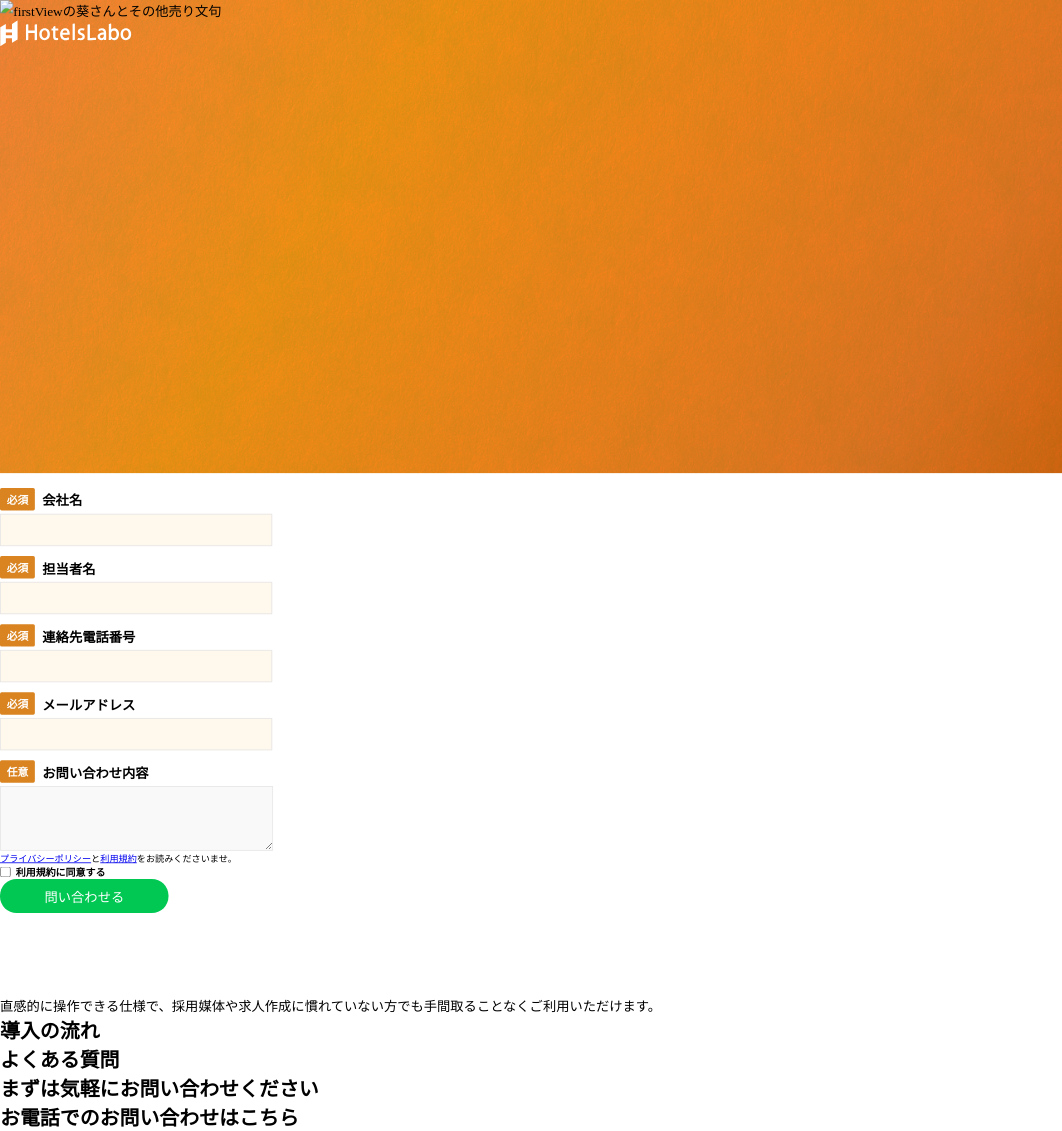
Repository: FujieRyou/to_b_lp
Page: index.html
The author's editor kept a copy of each file at every save. The page is drawn from the files as they stood at one save, then again after the next save.
The browser window is 1280 px wide. The pictures show the whole page, at 83% of full size.

Above is the page before, as saved 2024-02-25 01:48:37.
Not found: index.js

### index.html
<!DOCTYPE html>
<html lang="ja">
    <head>
        <meta charset="utf-8">
        <meta http-equiv="X-UA-Compatible" content="ie=edge">
        <meta name="viewport" content="width=device-width,initial-scale=1.0,minimum-scale=1.0">
        <meta name="format-detection" content="telephone=no">
        <meta name="keywords" content="">
        <meta name="description" content="ここに説明文を設定">
        <meta name="twitter:card" content="summary">
        <meta name="twitter:site" content="@twitteraccount">
        <meta property="og:site_name" content="サイト名">
        <meta property="og:title" content="サイトタイトル">
        <meta property="og:description" content="サイト説明文">
        <meta property="og:url" content="https://www.hogehoge.com">
        <meta property="og:image" content="https://www.hogehoge.com./hoge.jpg">
        <meta property="og:image:type" content="image/jpeg">
        <meta property="og:image:width" content="600">
        <meta property="og:image:height" content="400">
        <meta property="og:type" content="website">
        <title>ホテルズラボ｜ホテルの求人・旅館の転職情報</title>
        <link rel="stylesheet" href="ress.css">
        <link rel="stylesheet" href="style.css">
    </head>
    <body>
        <main>
            <section>
                <div class="firstViewWrap">
                    <div class="firstViewEffect">
                        <div class="contentWrap">
                            <div>
                                <img src="" alt="firstViewの葵さんとその他売り文句">
                                <header>
                                    <h1>
                                        <img src="img/ロゴ.svg" alt="ホテルズラボのロゴ" class="logo">
                                    </h1>
                                </header>
                            </div>
                        </div>
                    </div>
                </div>
            </section>
            <!-- 動く会社のロゴ -->
            <section>
                <div>
                    <ul>
                        <li></li>
                    </ul>
                </div>
            </section>
            <!-- form -->
            <section>
                <div>
                    <form action="" class="formWrap">
                        <div class="formDetail">
                            <div class="formFlexStyle">
                                <label for="companyName"><span>必須</span>会社名</label>
                                <input type="text">
                            </div>
                            <div class="formFlexStyle">
                                <label for="companyName"><span>必須</span>担当者名</label>
                                <input type="text">
                            </div>
                            <div class="formFlexStyle">
                                <label for="companyName"><span>必須</span>連絡先電話番号</label>
                                <input type="text">
                            </div>
                            <div class="formFlexStyle">
                                <label for="companyName"><span>必須</span>メールアドレス</label>
                                <input type="text">
                            </div>
                            <div class="formFlexStyle">
                                <label for="companyName"><span>任意</span>お問い合わせ内容</label>
                                <textarea name="" id="" cols="30" rows="10"></textarea>
                            </div>
                            <p><a href="#">プライバシーポリシー</a>と<a href="#">利用規約</a>をお読みくださいませ。</p>
                            <div class="consent">
                                <input type="checkbox">
                                <label for="">利用規約に同意する</label>
                            </div>
                            <button type="submit">問い合わせる</button>
                        </div>
                    </form>
                </div>
            </section>
            <section>
                <div>
                    <h2><img src="" alt=""></h2>
                    <div>
                        <div>
                            <img src="" alt="">
                            <img src="" alt="">
                            <img src="" alt="">
                        </div>
                    </div>
                </div>
            </section>
            <section>
                <div>
                    <p></p>
                    <h2><img src="" alt=""></h2>
                    <article></article>
                    <article></article>
                    <article></article>
                    <article></article>
                </div>
            </section>
            <section>
                <div>
                    <h2><img src="" alt=""></h2>
                    <p>直感的に操作できる仕様で、採用媒体や求人作成に慣れていない方でも手間取ることなくご利用いただけます。</p>
                </div>
            </section>
            <section>
                <div>
                    <h2>導入の流れ</h2>
                </div>
            </section>
            <section>
                <div>
                    <h2>よくある質問</h2>
                </div>
            </section>
            <section>
                <div>
                    <h2>まずは気軽にお問い合わせください</h2>
                </div>
            </section>
        </main>
        <footer>
            <h2>お電話でのお問い合わせはこちら</h2>
        </footer>
        <script src="index.js"></script>
    </body>
</html>

### ress.css
/*!
 * ress.css • v4.0.0
 * MIT License
 * github.com/filipelinhares/ress
 */

/* # =================================================================
   # Global selectors
   # ================================================================= */

   html {
    box-sizing: border-box;
    -webkit-text-size-adjust: 100%; /* Prevent adjustments of font size after orientation changes in iOS */
    word-break: normal;
    -moz-tab-size: 4;
    tab-size: 4;
  }

  *,
  ::before,
  ::after {
    background-repeat: no-repeat; /* Set `background-repeat: no-repeat` to all elements and pseudo elements */
    box-sizing: inherit;
  }

  ::before,
  ::after {
    text-decoration: inherit; /* Inherit text-decoration and vertical align to ::before and ::after pseudo elements */
    vertical-align: inherit;
  }

  * {
    padding: 0; /* Reset `padding` and `margin` of all elements */
    margin: 0;
  }

  /* # =================================================================
     # General elements
     # ================================================================= */

  hr {
    overflow: visible; /* Show the overflow in Edge and IE */
    height: 0; /* Add the correct box sizing in Firefox */
    color: inherit; /* Correct border color in Firefox. */
  }

  details,
  main {
    display: block; /* Render the `main` element consistently in IE. */
  }

  summary {
    display: list-item; /* Add the correct display in all browsers */
  }

  small {
    font-size: 80%; /* Set font-size to 80% in `small` elements */
  }

  [hidden] {
    display: none; /* Add the correct display in IE */
  }

  abbr[title] {
    border-bottom: none; /* Remove the bottom border in Chrome 57 */
    /* Add the correct text decoration in Chrome, Edge, IE, Opera, and Safari */
    text-decoration: underline;
    text-decoration: underline dotted;
  }

  a {
    background-color: transparent; /* Remove the gray background on active links in IE 10 */
  }

  a:active,
  a:hover {
    outline-width: 0; /* Remove the outline when hovering in all browsers */
  }

  code,
  kbd,
  pre,
  samp {
    font-family: monospace, monospace; /* Specify the font family of code elements */
  }

  pre {
    font-size: 1em; /* Correct the odd `em` font sizing in all browsers */
  }

  b,
  strong {
    font-weight: bolder; /* Add the correct font weight in Chrome, Edge, and Safari */
  }

  /* https://gist.github.com/unruthless/413930 */
  sub,
  sup {
    font-size: 75%;
    line-height: 0;
    position: relative;
    vertical-align: baseline;
  }

  sub {
    bottom: -0.25em;
  }

  sup {
    top: -0.5em;
  }

  table {
    border-color: inherit; /* Correct border color in all Chrome, Edge, and Safari. */
    text-indent: 0; /* Remove text indentation in Chrome, Edge, and Safari */
  }

  /* # =================================================================
     # Forms
     # ================================================================= */

  input {
    border-radius: 0;
  }

  /* Replace pointer cursor in disabled elements */
  [disabled] {
    cursor: default;
  }

  [type='number']::-webkit-inner-spin-button,
  [type='number']::-webkit-outer-spin-button {
    height: auto; /* Correct the cursor style of increment and decrement buttons in Chrome */
  }

  [type='search'] {
    -webkit-appearance: textfield; /* Correct the odd appearance in Chrome and Safari */
    outline-offset: -2px; /* Correct the outline style in Safari */
  }

  [type='search']::-webkit-search-decoration {
    -webkit-appearance: none; /* Remove the inner padding in Chrome and Safari on macOS */
  }

  textarea {
    overflow: auto; /* Internet Explorer 11+ */
    resize: vertical; /* Specify textarea resizability */
  }

  button,
  input,
  optgroup,
  select,
  textarea {
    font: inherit; /* Specify font inheritance of form elements */
  }

  optgroup {
    font-weight: bold; /* Restore the font weight unset by the previous rule */
  }

  button {
    overflow: visible; /* Address `overflow` set to `hidden` in IE 8/9/10/11 */
  }

  button,
  select {
    text-transform: none; /* Firefox 40+, Internet Explorer 11- */
  }

  /* Apply cursor pointer to button elements */
  button,
  [type='button'],
  [type='reset'],
  [type='submit'],
  [role='button'] {
    cursor: pointer;
    color: inherit;
  }

  /* Remove inner padding and border in Firefox 4+ */
  button::-moz-focus-inner,
  [type='button']::-moz-focus-inner,
  [type='reset']::-moz-focus-inner,
  [type='submit']::-moz-focus-inner {
    border-style: none;
    padding: 0;
  }

  /* Replace focus style removed in the border reset above */
  button:-moz-focusring,
  [type='button']::-moz-focus-inner,
  [type='reset']::-moz-focus-inner,
  [type='submit']::-moz-focus-inner {
    outline: 1px dotted ButtonText;
  }

  button,
  html [type='button'], /* Prevent a WebKit bug where (2) destroys native `audio` and `video`controls in Android 4 */
  [type='reset'],
  [type='submit'] {
    -webkit-appearance: button; /* Correct the inability to style clickable types in iOS */
  }

  /* Remove the default button styling in all browsers */
  button,
  input,
  select,
  textarea {
    background-color: transparent;
    border-style: none;
  }

  a:focus,
  button:focus,
  input:focus,
  select:focus,
  textarea:focus {
    outline-width: 0;
  }

  /* Style select like a standard input */
  select {
    -moz-appearance: none; /* Firefox 36+ */
    -webkit-appearance: none; /* Chrome 41+ */
  }

  select::-ms-expand {
    display: none; /* Internet Explorer 11+ */
  }

  select::-ms-value {
    color: currentColor; /* Internet Explorer 11+ */
  }

  legend {
    border: 0; /* Correct `color` not being inherited in IE 8/9/10/11 */
    color: inherit; /* Correct the color inheritance from `fieldset` elements in IE */
    display: table; /* Correct the text wrapping in Edge and IE */
    max-width: 100%; /* Correct the text wrapping in Edge and IE */
    white-space: normal; /* Correct the text wrapping in Edge and IE */
    max-width: 100%; /* Correct the text wrapping in Edge 18- and IE */
  }

  ::-webkit-file-upload-button {
    /* Correct the inability to style clickable types in iOS and Safari */
    -webkit-appearance: button;
    color: inherit;
    font: inherit; /* Change font properties to `inherit` in Chrome and Safari */
  }

  /* # =================================================================
     # Specify media element style
     # ================================================================= */

  img {
    border-style: none; /* Remove border when inside `a` element in IE 8/9/10 */
  }

  /* Add the correct vertical alignment in Chrome, Firefox, and Opera */
  progress {
    vertical-align: baseline;
  }

  /* # =================================================================
     # Accessibility
     # ================================================================= */

  /* Specify the progress cursor of updating elements */
  [aria-busy='true'] {
    cursor: progress;
  }

  /* Specify the pointer cursor of trigger elements */
  [aria-controls] {
    cursor: pointer;
  }

  /* Specify the unstyled cursor of disabled, not-editable, or otherwise inoperable elements */
  [aria-disabled='true'] {
    cursor: default;
  }

### style.css
.firstViewWrap{
    width: 100vw;
    height: 570px;
    background-image: url("./img/bgcMain.png");
}

.firstViewEffect{
    width: 100%;
    height: 100%;
    background-image: url("./img/bgcBler.png");
}








/* formstyle */

.formFlexStyle{
    display: flex;
    flex-direction: column;
    max-width: 360px;
}

.formDetail{
    margin: 0 auto;
}

.formFlexStyle > label{
    font-size: 16px;
    font-weight: bold;
    margin-bottom: 4px;
    display: flex;
    align-items: center;
}

.formFlexStyle > label > span{
    background-color: rgba(217, 132, 33, 1);
    color: #fff;
    font-size: 13px;
    border-radius: 2px;
    margin-right: 9px;
    padding: 4px 8px;
}

.formFlexStyle > input{
    width: 328px;
    height: 39px;
    border: solid 1.03px rgba(230, 230, 230, 1);
    background-color: rgba(255, 248, 237, 1);
    margin-bottom: 12px;
}

.formFlexStyle > textarea{
    width: 328.65px;
    height: 78.05px;
    border: solid 1.03px rgba(230, 230, 230, 1);
    background-color: rgba(249, 249, 249, 1);
}

.formDetail > p{
    font-size: 11px;
}

.consent{
    display: flex;
    align-items: center;
}

.consent > label{
    font-size: 12px;
    font-weight: bold;
    margin-left: 6px;
}

.formDetail > button{
    display: block;
    width: 203.35px;
    height: 41.08px;
    background-color: rgba(0, 200, 83, 1);
    color: #fff;
    border-radius: 20px;
}

After the next save:
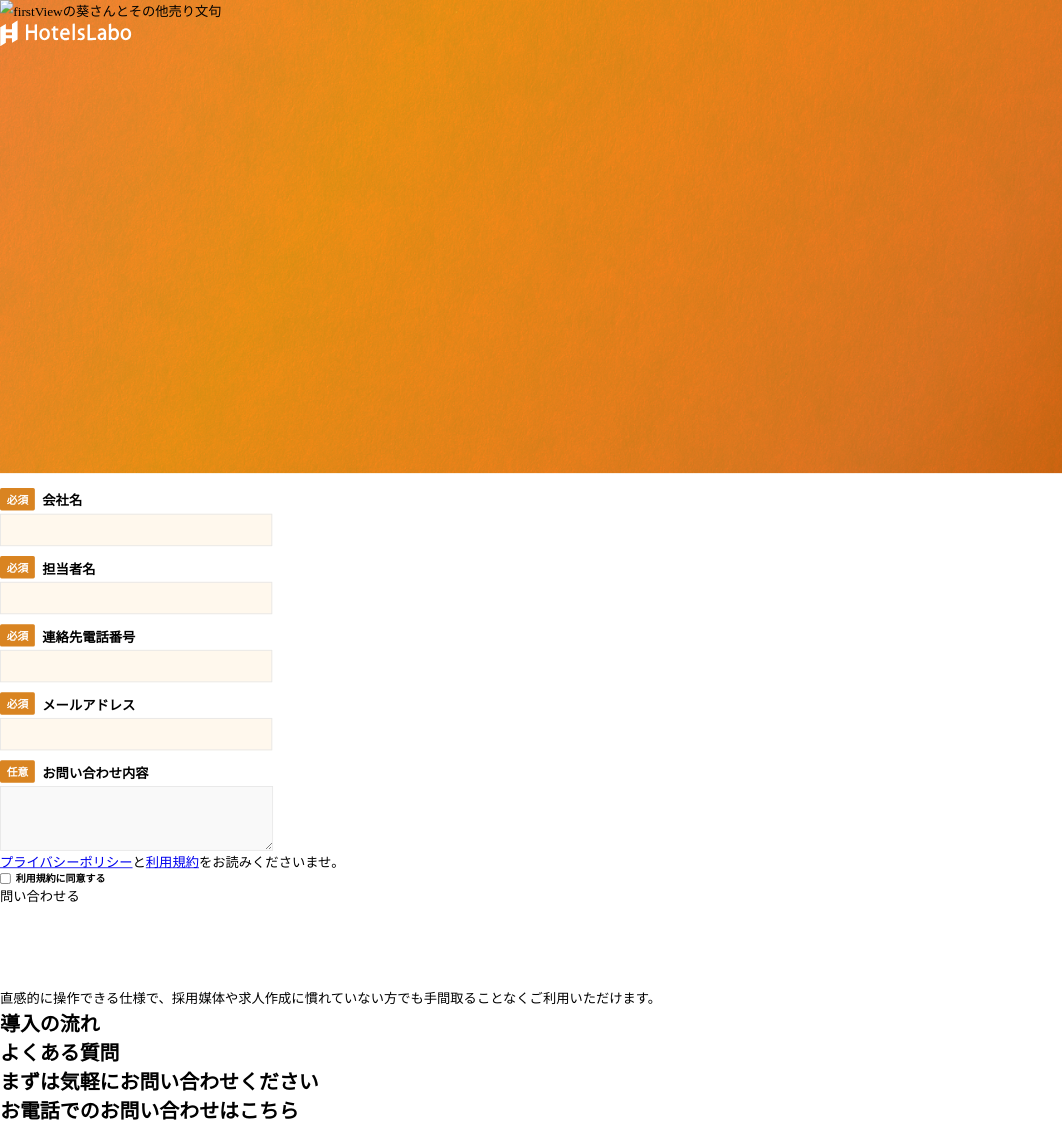
Saved 67 s later.
--- a/index.html
+++ b/index.html
@@ -52,34 +52,32 @@
             <section>
                 <div>
                     <form action="" class="formWrap">
-                        <div class="formDetail">
-                            <div class="formFlexStyle">
-                                <label for="companyName"><span>必須</span>会社名</label>
-                                <input type="text">
-                            </div>
-                            <div class="formFlexStyle">
-                                <label for="companyName"><span>必須</span>担当者名</label>
-                                <input type="text">
-                            </div>
-                            <div class="formFlexStyle">
-                                <label for="companyName"><span>必須</span>連絡先電話番号</label>
-                                <input type="text">
-                            </div>
-                            <div class="formFlexStyle">
-                                <label for="companyName"><span>必須</span>メールアドレス</label>
-                                <input type="text">
-                            </div>
-                            <div class="formFlexStyle">
-                                <label for="companyName"><span>任意</span>お問い合わせ内容</label>
-                                <textarea name="" id="" cols="30" rows="10"></textarea>
-                            </div>
-                            <p><a href="#">プライバシーポリシー</a>と<a href="#">利用規約</a>をお読みくださいませ。</p>
-                            <div class="consent">
-                                <input type="checkbox">
-                                <label for="">利用規約に同意する</label>
-                            </div>
-                            <button type="submit">問い合わせる</button>
+                        <div class="formFlexStyle">
+                            <label for="companyName"><span>必須</span>会社名</label>
+                            <input type="text">
                         </div>
+                        <div class="formFlexStyle">
+                            <label for="companyName"><span>必須</span>担当者名</label>
+                            <input type="text">
+                        </div>
+                        <div class="formFlexStyle">
+                            <label for="companyName"><span>必須</span>連絡先電話番号</label>
+                            <input type="text">
+                        </div>
+                        <div class="formFlexStyle">
+                            <label for="companyName"><span>必須</span>メールアドレス</label>
+                            <input type="text">
+                        </div>
+                        <div class="formFlexStyle">
+                            <label for="companyName"><span>任意</span>お問い合わせ内容</label>
+                            <textarea name="" id="" cols="30" rows="10"></textarea>
+                        </div>
+                        <p><a href="#">プライバシーポリシー</a>と<a href="#">利用規約</a>をお読みくださいませ。</p>
+                        <div class="consent">
+                            <input type="checkbox">
+                            <label for="">利用規約に同意する</label>
+                        </div>
+                        <button type="submit">問い合わせる</button>
                     </form>
                 </div>
             </section>

After the save that followed:
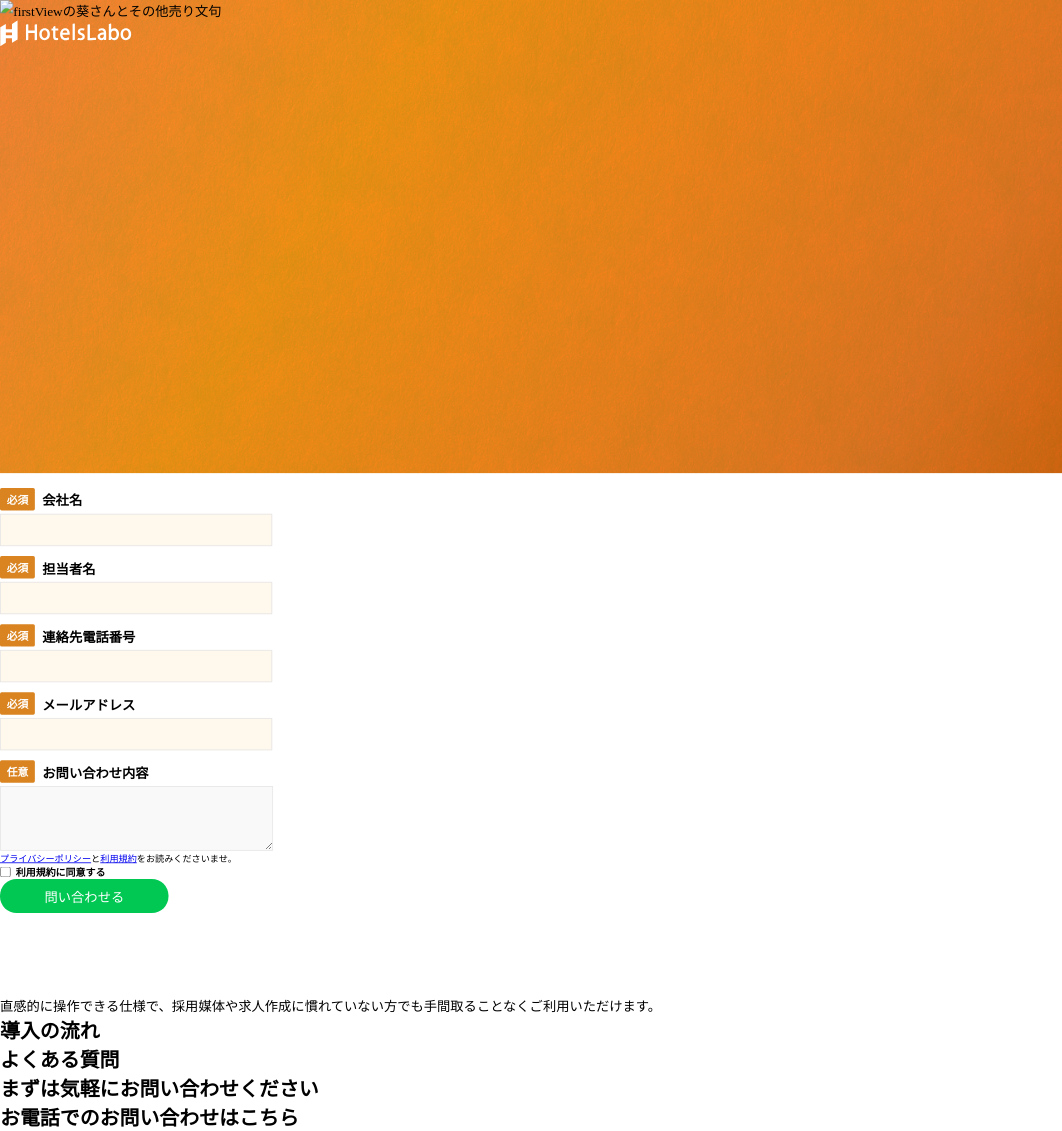
Saved 30 s later.
--- a/style.css
+++ b/style.css
@@ -61,7 +61,7 @@
     background-color: rgba(249, 249, 249, 1);
 }
 
-.formDetail > p{
+.formWrap > p{
     font-size: 11px;
 }
 
@@ -76,7 +76,7 @@
     margin-left: 6px;
 }
 
-.formDetail > button{
+.formWrap > button{
     display: block;
     width: 203.35px;
     height: 41.08px;
